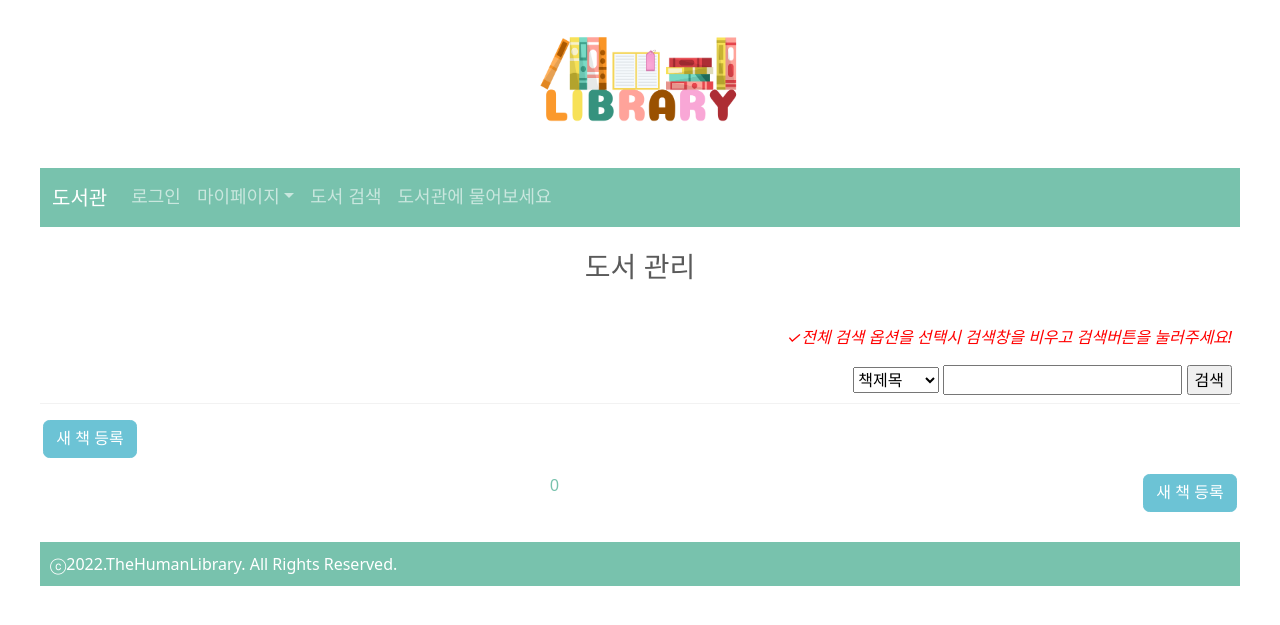
Repository: ahnbin00/Library
Page: http://localhost/BookRental/WEB-INF/book/manageBookList.jsp
These files come from the project's save history. The page is drawn as it stood at one moment and after the next save; the edit follows.
The browser window is 1280 px wide. The pictures show the whole page.
Some web fonts or font styles are not loaded; a fallback is used. Some web libraries are served in a nearby version. The page is served by Tomcat 9. Nobody is signed in. Other server files are loaded and not shown. The template is opened directly, without the code that normally fills it, so the values that code supplies are empty.

Above is the page before, as saved 2022-12-22 07:20:04.

### BookRental/src/main/webapp/WEB-INF/book/manageBookList.jsp
<%@page import="java.util.List"%>

<%@ page language="java" contentType="text/html; charset=UTF-8"
   pageEncoding="UTF-8"%>
    <%@ taglib prefix="c" uri="http://java.sun.com/jsp/jstl/core" %>
<!DOCTYPE html>
<html>
<head>
<meta charset="UTF-8">
<link rel="stylesheet"
   href="resources/bootstrap.css">
   <link rel="stylesheet" href="https://cdn.jsdelivr.net/npm/bootstrap-icons@1.7.1/font/bootstrap-icons.css">
<title>도서 목록/검색</title>
<style type="text/css">
@import url('https://fonts.googleapis.com/css2?family=Jua&display=swap');
ul li a{
text-decoration: none;
padding: 10px;
}
ul li a:hover{
background-color: #78c2ad;
color: white;
border-radius:5px;
}
</style>
</head>
<body style="width:1200px; text-align:center; margin: 0 auto;" >
	<header>
		<h1 style="text-align: center; padding-top: 30px; padding-bottom: 30px;"><img alt="로고" src="resources/logo.png" width="200px" height="100px"></h1>
    </header>

	<nav>
		<%@ include file="/WEB-INF/book/banner.jsp" %>
	</nav>
   <br>

   <h3>도서 관리</h3>

   <!-- 검색 시작 -->
   <form action="getBookListManage.do" method="post">
      <table class="table">
         <tr>
<!--             <td> -->
<!--                <button type="button" class="btn btn-info" onclick="location.href='insertBookPage.do'">새 책 등록</button> -->
<!--             </td> -->
            <td align="right">
            <p style="color: red;font-style: italic;">✓전체 검색 옵션을 선택시 검색창을 비우고 검색버튼을 눌러주세요!</p>
            <select id="searchCondition" name="searchCondition">
                  <option value="TITLE" ${vo.searchCondition == 'TITLE' ? 'selected="selected"' : '' }>책제목</option>
                  <option value="WRITER" ${vo.searchCondition == 'WRITER' ? 'selected="selected"' : '' }>저자</option>
                  <option value="PUBLISHER" ${vo.searchCondition == 'PUBLISHER' ? 'selected="selected"' : '' }>출판사</option>
                  <option value="TITLE">전체 검색</option>
            </select>
            <input type="text" name="searchKeyword" value="${vo.searchKeyword }">
            <input type="submit" value="검색"></td><br>
         </tr>
      </table>
   </form>
   <!-- 검색 종료 -->

   <div style="width: 100px; float: left;">
      <button type="button" class="btn btn-info" onclick="location.href='insertBookPage.do'">새 책 등록</button>
   </div>

   <table class="table" style="width:1200px;">
      <c:forEach var="bookList" items="${bookList }">
         <tr>
            <td style="height:100px" rowspan="6"><img src="${bookList.image }" width="160"></td>
               <th scope="row">제목</th>
               <td>${bookList.title }</td>
          </tr>
          <tr>
               <th scope="row">ISBN</th>
               <td>${bookList.isbn }</td>
          </tr>
          <tr>
             <th scope="row">작가</th>
               <td>${bookList.writer}</td>
          </tr>
          <tr>
             <th scope="row">출판사</th>
               <td>${bookList.publisher}</td>
          </tr>
          <tr>
             <th scope="row">소개</th>
               <td>${bookList.content}</td>
          </tr>
          <tr>
             <td colspan="2">
                <button type="button" class="btn btn-dark" onclick="location.href='getBookManage.do?isbn=${bookList.isbn }'">수정</button>
                <button type="button" class="btn btn-danger" onclick="location.href='deleteBook.do?seq=${bookList.seq }'">삭제</button>
             </td>
          </tr>
       </c:forEach>
   </table>
   <div style="width: 100px; float: right;">
      <button type="button" class="btn btn-info" onclick="location.href='insertBookPage.do'">새 책 등록</button>
   </div>

   <!-- 페이징 -->
 	<div>
         <ul class="pagination" style="text-align: center; width:100px; margin: auto auto;" >
<!--             이전 페이지 시작 -->
            <c:if test='${map.startPage > 10}'>
            <li class="paginate_button page-item previous" id="dataTable_previous">
            <a href="getBookList.do?pageNum=${map.startPage-10 }" aria-controls="dataTable" data-dt-idx="0" tabindex="0" class="page-link">이전페이지</a>
            </li>
            </c:if>
<!--             이전 페이지 끝 -->

<!--             페이징 넘버링 시작 -->
            <c:forEach var="num" begin="${map.startPage }" end="${map.endPage }">
               <li class="pagination_button-item  <c:if test='${vo.pageNum eq num }'>active</c:if>">
                  <a href="getBookList.do?pageNum=${num }&searchKeyword=${vo.searchKeyword}&searchCondition=${vo.searchCondition}">${num }&nbsp;</a>
               </li>
            </c:forEach>
<!--             페이징 넘버링 끝 -->

<!--             다음 페이지 시작 -->
            <c:if test='${map.totalPages > map.endPage }'>
            <li class="paginate_button page-item next" id="dataTable_next">
            <a href="getBookList.do?pageNum=${vo.pageNum+map.nextFirstNumPage }" aria-controls="dataTable" data-dt-idx="7" tabindex="0" class="page-link">다음페이지</a>
            </li>
            </c:if>
<!--             다음 페이지 끝 -->
         </ul>
      </div>
      <br>

	<%@ include file="/WEB-INF/book/footer.jsp" %>
</body>
</html>

### BookRental/src/main/webapp/WEB-INF/book/banner.jsp
<%@ page language="java" contentType="text/html; charset=UTF-8"
   pageEncoding="UTF-8"%>
<%@ taglib prefix="c" uri="http://java.sun.com/jsp/jstl/core" %>
<!DOCTYPE html>
<html>
<head>
<meta charset="UTF-8">
<link rel="stylesheet"
   href="../resources/bootstrap.css">
   <script src="https://cdn.jsdelivr.net/npm/bootstrap@5.2.2/dist/js/bootstrap.bundle.min.js" integrity="sha384-OERcA2EqjJCMA+/3y+gxIOqMEjwtxJY7qPCqsdltbNJuaOe923+mo//f6V8Qbsw3" crossorigin="anonymous"></script>
<title>상단 메인 배너</title>
<style type="text/css">
@import url('https://fonts.googleapis.com/css2?family=Jua&display=swap');
body ul, a{
font-family: 'Jua', sans-serif;
}
</style>
</head>
<body style="width:1200px;">
<nav class="navbar navbar-expand-lg navbar-dark bg-primary">
  <div class="container-fluid">
    <a class="navbar-brand" href="index.do">도서관</a>
    <button class="navbar-toggler" type="button" data-bs-toggle="collapse" data-bs-target="#navbarColor01" aria-controls="navbarColor01" aria-expanded="false" aria-label="Toggle navigation">
      <span class="navbar-toggler-icon"></span>
    </button>
    <div class="collapse navbar-collapse" id="navbarColor01">
      <ul class="navbar-nav me-auto">
        <li class="nav-item">
        <c:choose>
         <c:when test="${empty id }">
            <a class="nav-link" href="login.do" style="font-size:18px">로그인
            <span class="visually-hidden">(current)</span>
             </a>
         </c:when>
         <c:otherwise>
             <a class="nav-link" href="logout.do" style="font-size:18px">로그아웃
             <span class="visually-hidden">(current)</span>
             </a>
         </c:otherwise>
         </c:choose>
         <c:if test="${id eq 'admin' }">
        	<li class="nav-item">
			<a class="nav-link" href="getMemberList.do">회원 관리</a>
			</li>
			<li class="nav-item">
			<a class="nav-link" href="getBookListManage.do">도서 관리</a>
			</li>
			<li class="nav-item">
			<a class="nav-link" href="getRentalList.do">대여 현황</a>
			</li>
			<li class="nav-item">
			<a class="nav-link" href="getQnaListManage.do">도서관에 물어보세요</a>
			</li>
         </c:if>
        </li>
        <c:if test="${id ne 'admin' }">
        <li class="nav-item dropdown">
          <a class="nav-link dropdown-toggle" data-bs-toggle="dropdown" role="button" aria-haspopup="true" aria-expanded="false" style="font-size:18px">마이페이지</a>
          <div class="dropdown-menu">
             <c:choose>
             <c:when test="${empty id }">
             <a class="dropdown-item" href="login.do" style="font-size:18px">회원정보수정</a>
            <a class="dropdown-item" href="login.do" style="font-size:18px">회원대출정보</a>
             </c:when>
             <c:otherwise>
             <a class="dropdown-item" href="getMember.do?id=${id}" style="font-size:18px">회원정보수정</a>
            <a class="dropdown-item" href="memberRental.do?id=${id}" style="font-size:18px">회원대출정보</a>
             </c:otherwise>
             </c:choose>
          </div>
        </li>
        <li class="nav-item">
          <a class="nav-link" href="getBookList.do" style="font-size:18px">도서 검색</a>
        </li>
        <li class="nav-item">
          <a class="nav-link" href="getQnaList.do" style="font-size:18px">도서관에 물어보세요</a>
        </li>
      </ul>
      </c:if>
<!--       <form class="d-flex"> -->
<!--         <input class="form-control me-sm-2" type="text" placeholder="Search"> -->
<!--         <button class="btn btn-secondary my-2 my-sm-0" type="submit">Search</button> -->
<!--       </form> -->
    </div>
  </div>
</nav>

</body>
</html>

### BookRental/src/main/webapp/WEB-INF/book/footer.jsp
<%@ page language="java" contentType="text/html; charset=UTF-8"
    pageEncoding="UTF-8"%>
<!DOCTYPE html>
<html>
<head>
<meta charset="UTF-8">
<title>Insert title here</title>
<style type="text/css">
footer{
margin-top: 20px;
padding: 10px;
width: 1200px;
background-color: #78c2ad;
text-align: left;
color: white;
}
</style>
</head>
<body>

   <footer>
		ⓒ2022.TheHumanLibrary. All Rights Reserved.
   </footer>

</body>
</html>

Loaded but not shown: BookRental/src/main/webapp/resources/bootstrap.css (library)

After the next save:
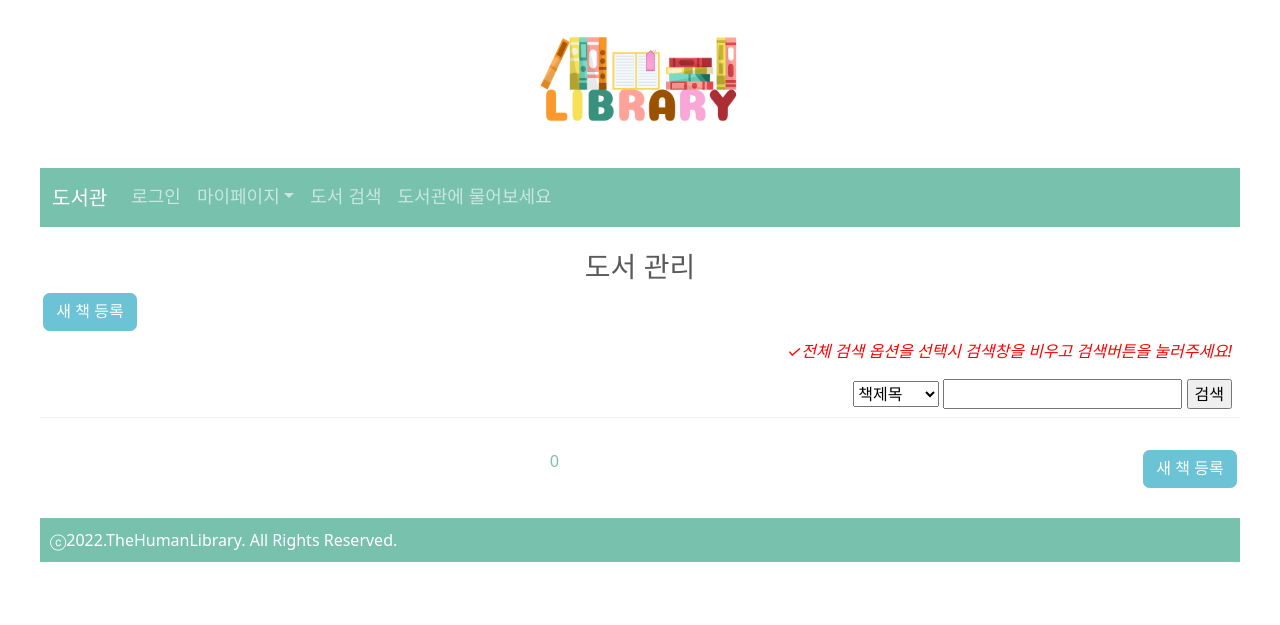
Saved 15 s later.
--- a/BookRental/src/main/webapp/WEB-INF/book/manageBookList.jsp
+++ b/BookRental/src/main/webapp/WEB-INF/book/manageBookList.jsp
@@ -36,6 +36,10 @@ border-radius:5px;
 
    <h3>도서 관리</h3>
 
+   <div style="width: 100px; float: left;">
+      <button type="button" class="btn btn-info" onclick="location.href='insertBookPage.do'">새 책 등록</button>
+   </div>
+
    <!-- 검색 시작 -->
    <form action="getBookListManage.do" method="post">
       <table class="table">
@@ -58,9 +62,7 @@ border-radius:5px;
    </form>
    <!-- 검색 종료 -->
 
-   <div style="width: 100px; float: left;">
-      <button type="button" class="btn btn-info" onclick="location.href='insertBookPage.do'">새 책 등록</button>
-   </div>
+
 
    <table class="table" style="width:1200px;">
       <c:forEach var="bookList" items="${bookList }">
